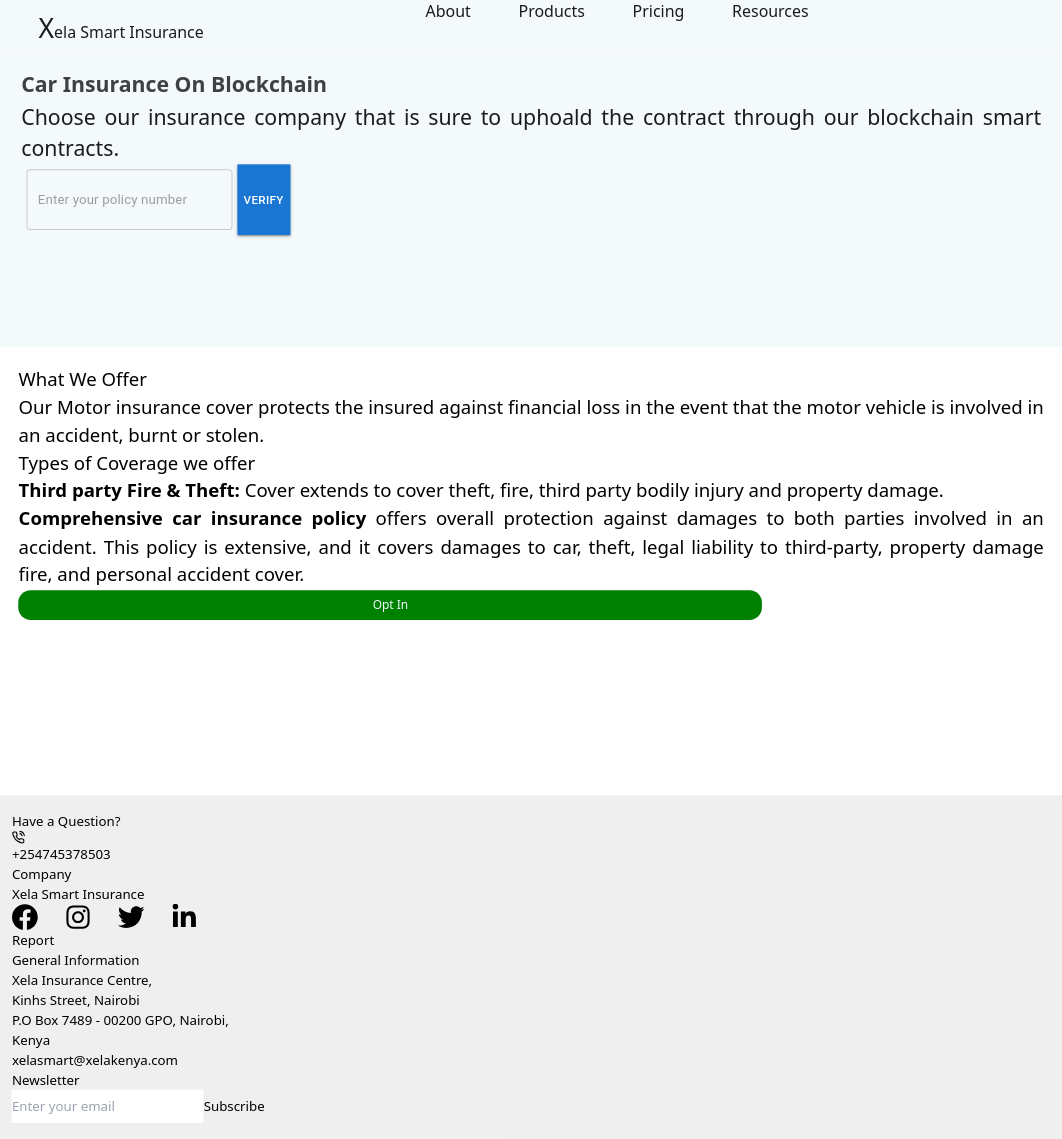
Repository: ALVIN-OBONYO/Xela-smart_insuarance
Page: / (app in frontend/)
The author's editor kept a copy of each file at every save. The page is drawn from the files as they stood at one save, then again after the next save.
The browser window is 1280 px wide. The pictures show the whole page, at 83% of full size.
The project was rebuilt for these pictures with package versions that can differ from the ones it lists, and the page was loaded fresh each time. Also part of the build but not shown: frontend/src/Components/Cards.jsx, frontend/src/Pages/Policies.jsx, frontend/src/Components/Calendar.css, frontend/src/Components/Calendar.jsx, frontend/src/Components/Input.js, frontend/src/Components/Upload.css, frontend/src/Components/Upload.js, frontend/src/Pages/ReportForm.jsx and 3 more.

Above is the page before, as saved 2022-10-03 09:57:24.

### frontend/public/index.html
<!DOCTYPE html>
<html lang="en">
  <head>
    <meta charset="utf-8" />
    <link rel="icon" href="%PUBLIC_URL%/favicon.ico" />
    <meta name="viewport" content="width=device-width, initial-scale=1" />
    <meta name="theme-color" content="#000000" />
    <meta
      name="description"
      content="Web site created using create-react-app"
    />
    <link rel="apple-touch-icon" href="%PUBLIC_URL%/logo192.png" />
    <!--
      manifest.json provides metadata used when your web app is installed on a
      user's mobile device or desktop. See https://developers.google.com/web/fundamentals/web-app-manifest/
    -->
    <link rel="manifest" href="%PUBLIC_URL%/manifest.json" />
    <!--
      Notice the use of %PUBLIC_URL% in the tags above.
      It will be replaced with the URL of the `public` folder during the build.
      Only files inside the `public` folder can be referenced from the HTML.

      Unlike "/favicon.ico" or "favicon.ico", "%PUBLIC_URL%/favicon.ico" will
      work correctly both with client-side routing and a non-root public URL.
      Learn how to configure a non-root public URL by running `npm run build`.
    -->
    <title>React App</title>
  </head>
  <body>
    <noscript>You need to enable JavaScript to run this app.</noscript>
    <link
    href="https://unpkg.com/tailwindcss@^1.0/dist/tailwind.min.css"
    rel="stylesheet"
  />
  <script
    src="https://cdnjs.cloudflare.com/ajax/libs/web3/1.6.1/web3.min.js"
    integrity="sha512-5erpERW8MxcHDF7Xea9eBQPiRtxbse70pFcaHJuOhdEBQeAxGQjUwgJbuBDWve+xP/u5IoJbKjyJk50qCnMD7A=="
    crossorigin="anonymous"
    referrerpolicy="no-referrer"
  ></script>
    <div id="root"></div>
    <!--
      This HTML file is a template.
      If you open it directly in the browser, you will see an empty page.

      You can add webfonts, meta tags, or analytics to this file.
      The build step will place the bundled scripts into the <body> tag.

      To begin the development, run `npm start` or `yarn start`.
      To create a production bundle, use `npm run build` or `yarn build`.
    -->
  </body>
</html>

### frontend/src/index.js
import React from 'react';
import ReactDOM from 'react-dom/client';
import './index.css';
import App from './App';
import reportWebVitals from './reportWebVitals';
import { BrowserRouter } from 'react-router-dom';
const root = ReactDOM.createRoot(document.getElementById('root'));
root.render(
  <React.StrictMode>
     <BrowserRouter>
       <App />
    </BrowserRouter>
  </React.StrictMode>
);

// If you want to start measuring performance in your app, pass a function
// to log results (for example: reportWebVitals(console.log))
// or send to an analytics endpoint. Learn more: https://bit.ly/CRA-vitals
reportWebVitals();

### frontend/src/App.jsx
import './App.css';
import RoutePages from './Components/RoutePages';

function App() {
  return (
    <div className="App">
      <RoutePages/>
    </div>
  );
}

export default App;

### frontend/src/Components/RoutePages.jsx
import React from 'react'
import { Routes, Route} from 'react-router-dom'
import EntryPage from '../Pages/Entrypage'
import PolicyMaker from '../Pages/Policies'
import ReportForm from '../Pages/ReportForm'
import Report from '../Pages/Report'
import ReportInfo from '../Pages/ReportInfo'
import FormPagination from './FormPagination'
const RoutePages = () => {
    return (


   <Routes>

    <Route exact path="/" element={<EntryPage />} />
    <Route path="policy" element={<PolicyMaker />} />

    <Route path="report/2" element={<ReportForm/> } />
    <Route path="report/1" element={<ReportInfo />} />
    <Route path="report/*" element={<FormPagination />} />

   </Routes>


    )
}

export default RoutePages

### frontend/src/Pages/Entrypage.jsx
import React, {useState, useRef} from 'react'
import "../Components/Navbar.css"
import { FaTimes, FaBars, FaInstagram, FaTwitter, FaLinkedinIn, FaFacebook, } from 'react-icons/fa'
import {FiPhoneCall} from 'react-icons/fi'
import { Link} from 'react-router-dom'
import { loginWithEth } from '../Services/LoginWithEth'
import { truncateAddress } from '../Services/TruncateAddress'
import Web3 from 'web3'
import { getContractSymbol } from '../Services/Contract'
import TextField from '@mui/material/TextField'
import Button from "@mui/material/Button"
import FormGroup from "@mui/material/FormGroup"
//import {useStyles} from '@emotion/styled'
const Entrypage = () => {
        const [navButton, setNavButton] = useState(false)
        const [policy, setPolicy] = useState("")
        const switchNavState = () => setNavButton(!navButton)
        const buttonLogout = useRef(null)
        const yourAddress = useRef()
        window.userAddress = null



        window.onload = async () => {
            if (window.ethereum) {
                window.web3 = new Web3(window.ethereum)
            } else {
                alert("No ETH browser extension detected.")
            }
        }

        function showAddress() {
          if (!window.userAddress) {
            yourAddress.current.innerText = ""
            buttonLogout.current.classList.add("hidden")
             return false
        }

        yourAddress.innerText = `ETH Address: ${truncateAddress(window.userAddress)}`
        buttonLogout.classList.remove("hidden")
    }

         function logout() {
            window.userAddress = null
            window.localStorage.removeItem(buttonLogout)
            showAddress()
}

    return (
        <>
        <nav>
        <h1 className='brand'><span className='X'>X</span>ela Smart Insurance</h1>
        <div className='toogleNav' onClick={switchNavState} >{navButton ?
        <div id="bars">

            <FaBars size="2.5em"/>
            </div> :
            <div className = "navflex">
            <div id="times">
                <FaTimes />
                </div>
            <h4>About</h4>
            <h4>Products</h4>
            <h4>Pricing</h4>
            <h4>Resources</h4>
            </div>

}
        </div>
        <div className='nav-section'>
            <h4>About</h4>
            <h4>Products</h4>
            <h4>Pricing</h4>
            <h4>Resources</h4>
        </div>
        </nav>
        <section className="top-descr" id='top'>
            <h1 id="top-h3">Car Insurance On Blockchain</h1>
            <p id="top-pg">Choose our insurance company that is sure to uphoald the contract through our blockchain smart contracts.</p>
            <div id="policy-sec">
                <FormGroup row >
               <TextField
                variant="outlined"
                placeholder='Enter your policy number'
                sx={{
                    borderRadius: 0,
                    padding: "6px"
                }}
                />
                <Button variant="contained" sx={{
                    borderRadius: 0,
                    padding: "6px"
                }}>Verify</Button>
                    </FormGroup>

            {/* <button id="btn-policy" onClick={loginWithEth}>Login & Save ETH Address
                </button>
                <p id="userAddress" class="text-gray-600" ref={yourAddress}></p>
                <button id="logoutButton" onClick={logout} class="hidden text-blue-500 underline" ref={buttonLogout}>Logout</button> */}
                           </div>
        </section>
        <div className='about-descr' id="descr">
            <h3>What We Offer</h3>
            <p>
            Our Motor insurance cover protects the insured against financial loss in the event that the motor vehicle is involved in an accident, burnt or stolen.</p>
            <h4>Types of Coverage we offer</h4>
            <p>


<b>Third party Fire & Theft:</b> Cover extends to cover theft, fire, third party bodily injury and property damage.
</p>
<p>
<b>Comprehensive car insurance policy</b> offers overall protection against damages to both parties involved in an accident. This policy is extensive, and it covers damages to car, theft, legal liability to third-party, property damage fire, and personal accident cover.
            </p>
            <Link to="/policy"><button id="buy-policy" onClick={getContractSymbol}>Opt In</button></Link>
        </div>
        <div id="footer">
            <div>
            <h2>Have a Question?</h2>
             <h3><FiPhoneCall /> +254745378503</h3>
             <h2>Company</h2>
             <h3>Xela Smart Insurance</h3>
             <div id="social-icons">
               <FaFacebook size="2em"/>
               <FaInstagram size="2em"/>
               <FaTwitter size="2em"/>
               <FaLinkedinIn size="2em"/>
             </div>
             <div>
                <Link to="/report/1">Report</Link>
                <h2>General Information</h2>
                <h4>Xela Insurance Centre,</h4>
                <h4>Kinhs Street, Nairobi</h4>
                <h4>P.O Box 7489 - 00200 GPO, Nairobi,</h4>
                <h4>Kenya</h4>
                <h4>xelasmart@xelakenya.com</h4>
                <h2>Newsletter</h2>
                <input type="text" placeholder="Enter your email" />
                <button>Subscribe</button>
             </div>
            </div>
        </div>
        </>
    )
}

export default Entrypage

### frontend/src/Components/Navbar.css
nav {
    width: 100vw;
    display: flex;
    justify-content: flex-start;
    align-items: flex-start;
}

.brand {
    flex-grow: 1;
    text-align: start;
    padding-left: 2.9rem;
    margin-top: 0.6rem;
    font-size: 1.2rem;
}

.X {
    font-size: 2rem;

}
.nav-section {
    display: flex;
    flex-grow: 1;
    gap: 3em;
    font-size: 1.2rem;
    padding-right: 2em;
    justify-content: flex-start;
    align-items: center;
}
.top-descr, .about-descr  {
    margin-top: 0;
    padding: 1em;
    text-align: justify;
    font-size: 1.6rem;
    height: 50vh;

}

#descr {
    font-size: 1.4rem;
    height: 75vh;
}

#top-h3 {
    font-weight: 700;
    color: rgba(27, 27, 27, 0.836);
}
#top, nav {
    background-color: rgb(244, 249, 252);
    color: rgb(27, 27, 27);
}
#top-pg {

    font-size: 1.6rem;
}
#policy-sec {
    display: flex;
    gap: 0.8em;

}
input[type=text] {
    flex-grow: 1;
    height: 2.5em;
}
#btn-policy {
    background-color: rgb(0, 39, 90);
    flex-grow: 1;
    color: wheat;
    border: none;
    margin-top: 0.8em;
    border-radius: 5px;
    padding: 0.6rem;
    font-size: 1.4rem;
    font-weight: 500;

}
#buy-policy {
    width: 70vw;
    height: 2.5em;
    border: none;
    background-color: #008000;
    color:aliceblue;
    font-size: 0.9rem;
    border-radius: 15px;
}
#social-icons {
    display: flex;
    gap: 2em;
}
#footer {
    background-color: rgba(128, 128, 128, 0.13);
    text-align: start;
    padding: 1.2em  0.9em;
}

.navflex {
    display: flex;
    flex-direction: column;
    justify-content: center;
    align-items: center;
    gap: 2em;
    background-color: rgba(19, 20, 27, 0.918);
    color: white;
    width: 100vw;
    height: 100vh;
    right: 0;
    top: 0;
    position: absolute;
    text-transform: uppercase;
    /* animation-name: ${navanim}; */
}
@media screen and (max-width: 600px){
   .nav-section {

      display: none;
   }


}

@media screen and (min-width: 600px){
    .toogleNav {
        display: none;
        padding: 1.3em;
    }
}

### frontend/src/Services/LoginWithEth.js
import { showAddress } from "./showAddress";
export async function loginWithEth() {
    if (window.web3) {
        try {
            const selectedAccount = await window.ethereum.request({
                method: "eth_requestAccounts"
            })
            .then((accounts) => accounts[0])
            .catch(() => {
                throw Error("No account selected!")
            })

          window.userAddress = selectedAccount;
          window.localStorage.setItem("userAddress", selectedAccount);
        //   showAddress()
        }
        catch (error) {
            console.error(error)
        }
    } else {
        alert("No ETH browser extension detected.");
    }
}

### frontend/src/Services/TruncateAddress.js
export function truncateAddress(address) {
    if (!address) {
        return "";
    }
    return `${address.substr(0, 5)}...${address.substr(
        address.length - 5,
        address.length
      )}`;
}

### frontend/src/Services/Contract.js
window.ABI = require('./contract-abi.json')
export async function getContractSymbol() {
    const CONTRACT_ADDRESS = "0x1A5b30a61CED9B4D9c209E7F1d2fbD38657f8EB1"

    const contract = new window.web3.eth.Contract(
        window.ABI,
        CONTRACT_ADDRESS
    )

    const symbol = await contract.methods.symbol().call({
        from: window.userAddress    })

    alert(`Contract ${CONTRACT_ADDRESS} Symbol: ${symbol}`);
}

Loaded but not shown: frontend/src/index.css (common file); frontend/src/reportWebVitals.js (common file); frontend/src/App.css (common file); frontend/src/Services/contract-abi.json (501 lines, source omitted); frontend/src/Services/showAddress.js (no stored copy; drawn as an empty file)

After the next save:
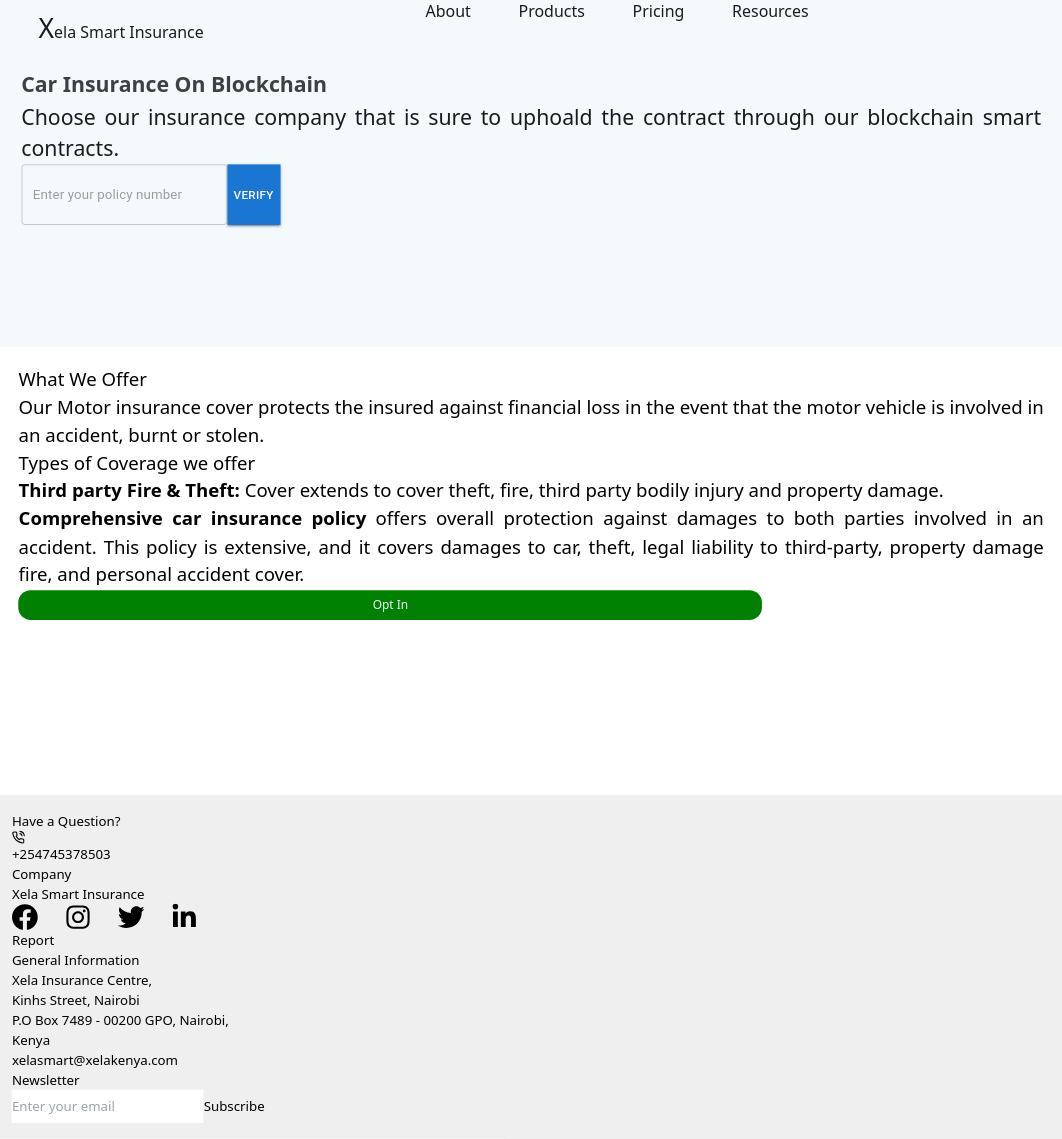
Saved 59 s later.
--- a/frontend/src/Pages/Entrypage.jsx
+++ b/frontend/src/Pages/Entrypage.jsx
@@ -84,7 +84,7 @@ const Entrypage = () => {
                 placeholder='Enter your policy number'
                 sx={{
                     borderRadius: 0,
-                    padding: "6px"
+                    padding: 0
                 }}
                 />
                 <Button variant="contained" sx={{
